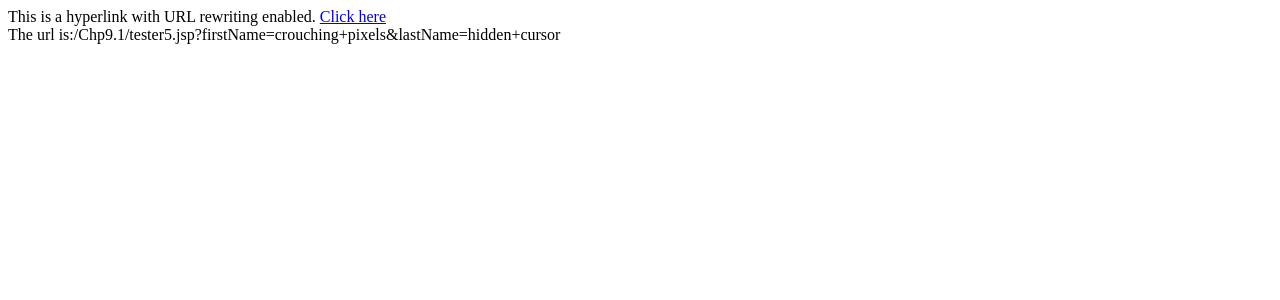
Repository: Freshield/GAEJSP
Page: http://localhost/Chp9.1/tester6.jsp
These files come from the project's save history. The page is drawn as it stood at one moment and after the next save; the edit follows.
The browser window is 1280 px wide. The pictures show the whole page.
The page is served by Tomcat 9.

Above is the page before, as saved 2016-03-30 21:37:57.

After the next save:
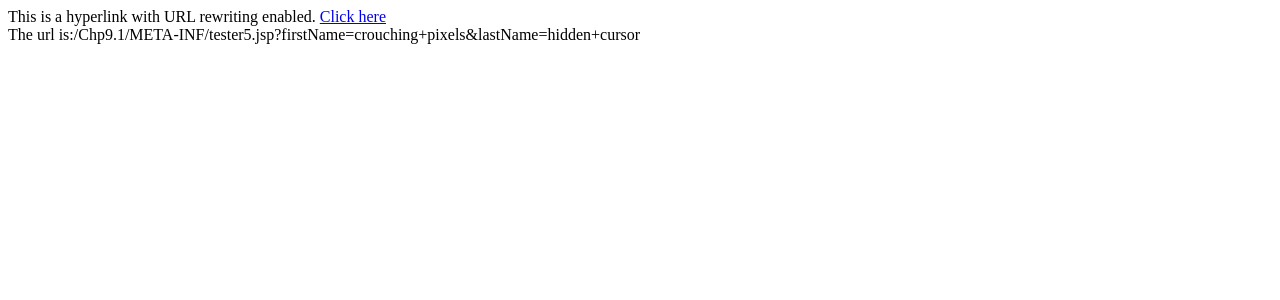
Saved 4 days later.
--- a/real-headfirst/Chp9.1/WebContent/tester6.jsp
+++ b/real-headfirst/Chp9.1/WebContent/tester6.jsp
@@ -14,7 +14,7 @@ This is a hyperlink with URL rewriting enabled.
 <c:set var="last" value="hidden cursor"></c:set>
 <c:set var="first" value="crouching pixels"></c:set>
 
-<c:url value="/tester5.jsp" var="inputURL">
+<c:url value="/META-INF/tester5.jsp" var="inputURL">
 	<c:param name="firstName" value="${ first }"></c:param>
 	<c:param name="lastName" value="${ last }"></c:param>
 </c:url>
